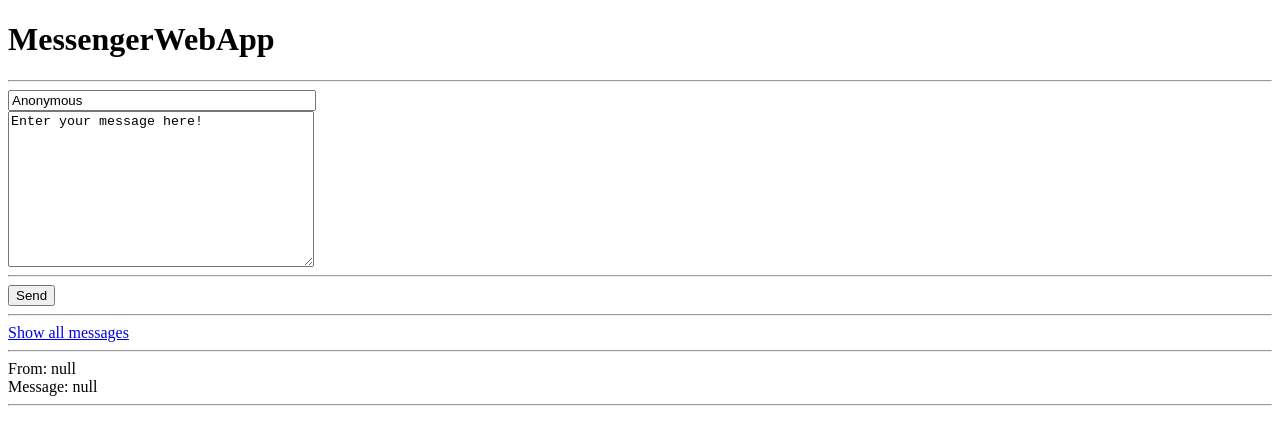
Repository: sones/sones-mule
Page: http://localhost/MessengerWebApp/
The author's editor kept a copy of each file at every save. The page is drawn from the files as they stood at one save, then again after the next save.
The browser window is 1280 px wide. The pictures show the whole page.
The page is served by Tomcat 9. Other server files are loaded and not shown.

Above is the page before, as saved 2011-08-26 14:20:30.

### MessagingExampleWorkspace/MessengerWebApp/WebContent/index.jsp
<%@ page language="java" contentType="text/html; charset=UTF-8"
    pageEncoding="UTF-8"%>
<!DOCTYPE html PUBLIC "-//W3C//DTD HTML 4.01 Transitional//EN" "http://www.w3.org/TR/html4/loose.dtd">
<html>
<head>
<meta http-equiv="Content-Type" content="text/html; charset=UTF-8">
<title>Messenger</title>
</head>
<body>

<h1>MessengerWebApp</h1>

<hr/>


<form action="index.jsp" method="get">
	<input type="text" name="FromName" value="Anonymous" style="width: 300px; "/>
	<br/>
	<textarea name="MsgText" style="width: 300px; height: 150px">Enter your message here!</textarea>
	<hr/>
	<input type="submit" value="Send"/>
</form>

<hr/>

<a href="list.jsp">Show all messages</a>

<hr/>

<%
out.println("From: " + request.getParameter("FromName"));
out.println("<br/>");
out.println("Message: " + request.getParameter("MsgText"));
%>

<hr/>


</body>
</html>

After the next save:
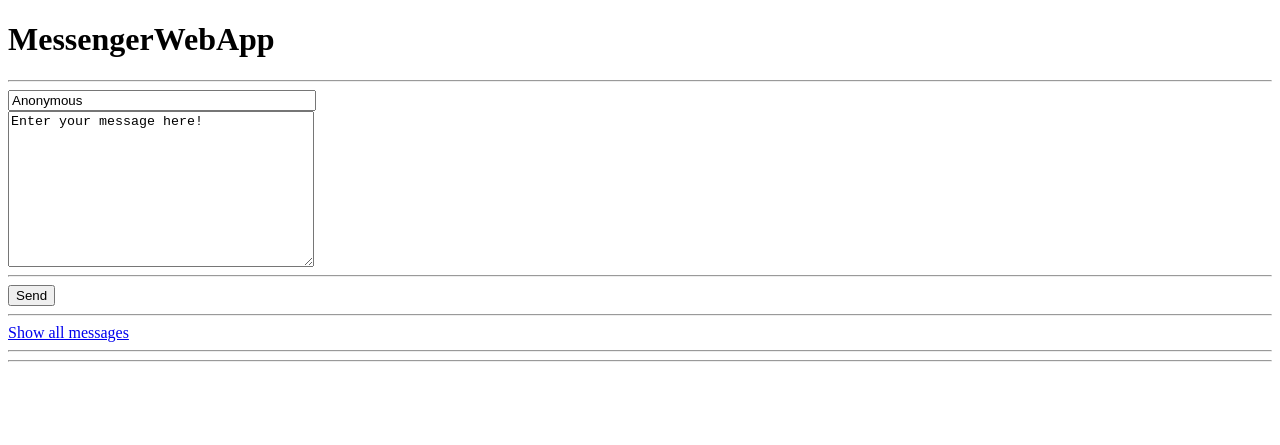
Saved 4 min 14 s later.
--- a/MessagingExampleWorkspace/MessengerWebApp/WebContent/index.jsp
+++ b/MessagingExampleWorkspace/MessengerWebApp/WebContent/index.jsp
@@ -28,9 +28,13 @@
 <hr/>
 
 <%
-out.println("From: " + request.getParameter("FromName"));
-out.println("<br/>");
-out.println("Message: " + request.getParameter("MsgText"));
+
+if (request.getParameterNames().hasMoreElements())
+{
+	out.println("From: " + request.getParameter("FromName"));
+	out.println("<br/>");
+	out.println("Message: " + request.getParameter("MsgText"));
+}
 %>
 
 <hr/>
